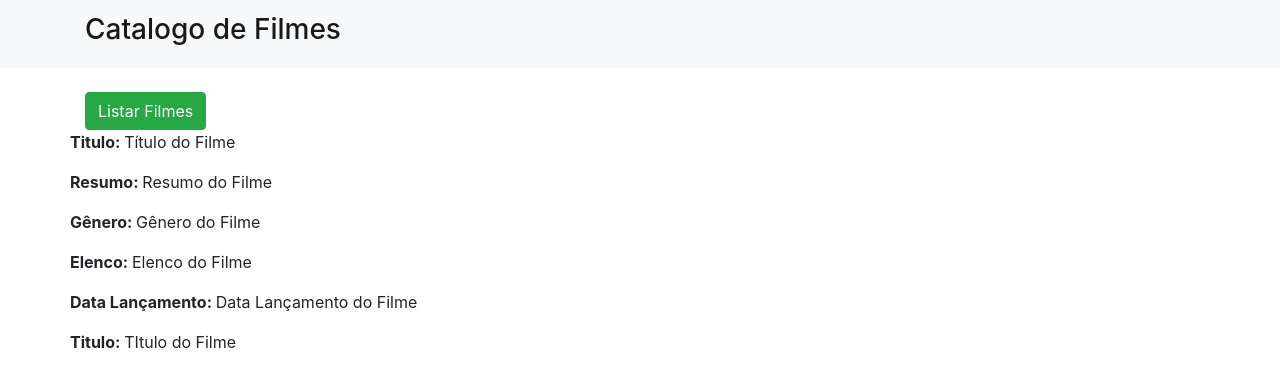
Repository: FredeRibeiro/htdocs-Desenvolvimento-Web-Completo-2019
Page: ajax/filmes.html
The author's editor kept a copy of each file at every save. The page is drawn from the files as they stood at one save, then again after the next save.
The browser window is 1280 px wide. The pictures show the whole page.

Above is the page before, as saved 2019-10-16 12:37:18.

After the next save:
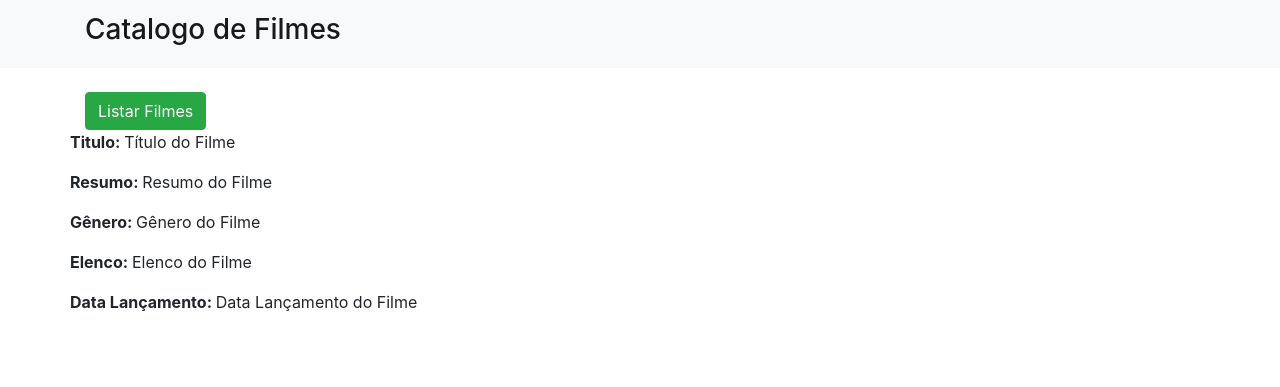
Saved 8 s later.
--- a/ajax/filmes.html
+++ b/ajax/filmes.html
@@ -71,7 +71,7 @@
 				<p><strong>Gênero: </strong>Gênero do Filme</p>
 				<p><strong>Elenco: </strong>Elenco do Filme</p>
 				<p><strong>Data Lançamento: </strong>Data Lançamento do Filme</p>
-				<p><strong>Titulo: </strong>TItulo do Filme</p>
+
 			</div>
 		</div>
 	</div>
